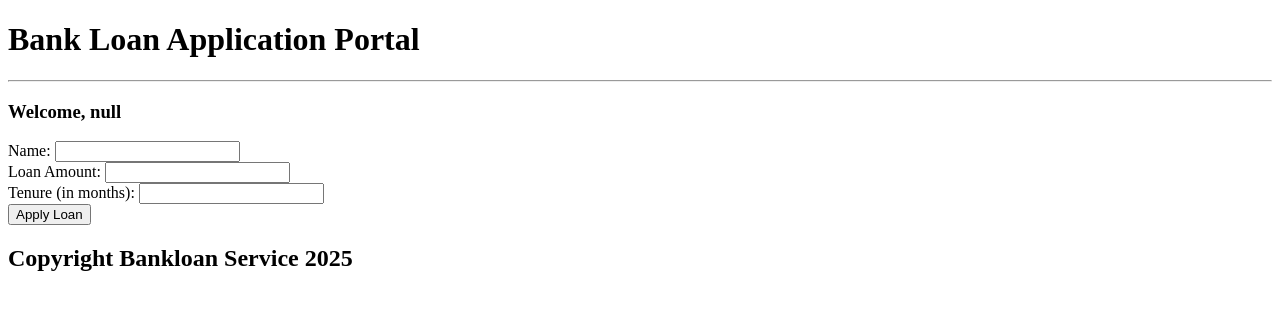
Repository: Yashagr5/WTraining
Page: http://localhost/LoanPortal/loanForm.jsp
These files come from the project's save history. The page is drawn as it stood at one moment and after the next save; the edit follows.
The browser window is 1280 px wide. The pictures show the whole page.
The page is served by Tomcat 9.

Above is the page before, as saved 2025-08-14 16:07:41.

After the next save:
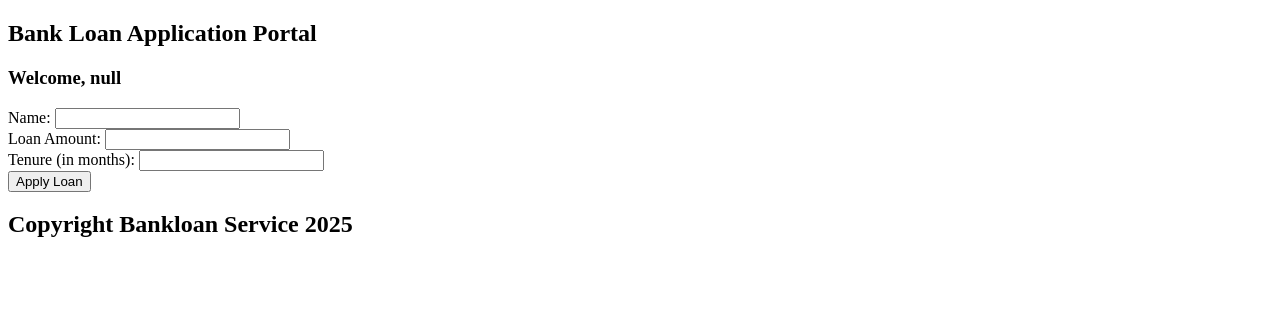
Saved 36 s later.
--- a/Servlet/LoanPortal/src/main/webapp/header.jsp
+++ b/Servlet/LoanPortal/src/main/webapp/header.jsp
@@ -4,12 +4,9 @@
 <html>
 <head>
 <meta charset="UTF-8">
-<title>Loan Portal</title>
+<title>Insert title here</title>
 </head>
 <body>
-<header>
-<h1> Bank Loan Application Portal</h1>
-<hr>
-</header>
+<h2>Bank Loan Application Portal</h2>
 </body>
 </html>
